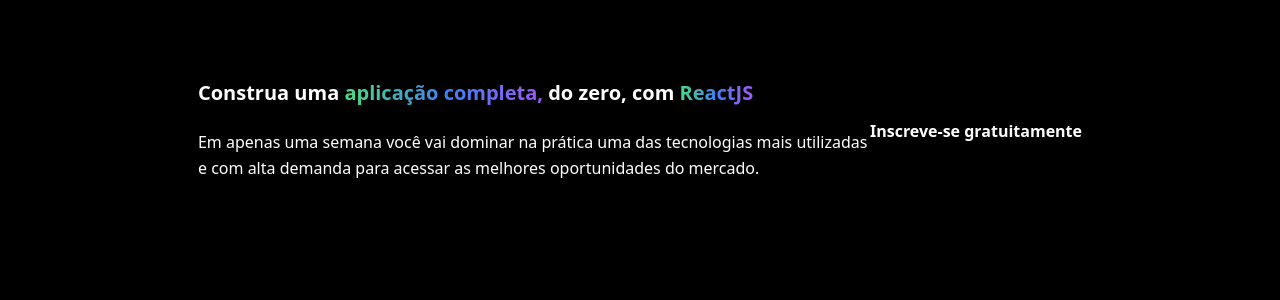
Repository: LuisSempre/Ignite-Lab---ReactJs-2022
Page: /
These files come from the project's save history. The page is drawn as it stood at one moment and after the next save; the edit follows.
The browser window is 1280 px wide. The pictures show the whole page.
The project was rebuilt for these pictures with package versions that can differ from the ones it lists, and the page was loaded fresh each time. Also part of the build but not shown: vite.config.ts, components/Header.tsx, components/Lesson.tsx, components/Sidebar.tsx, pages/Event.tsx. Imported but missing from the stored project, and not drawn on this page: components/Video.

Above is the page before, as saved 2022-06-24 23:43:39.

After the next save:
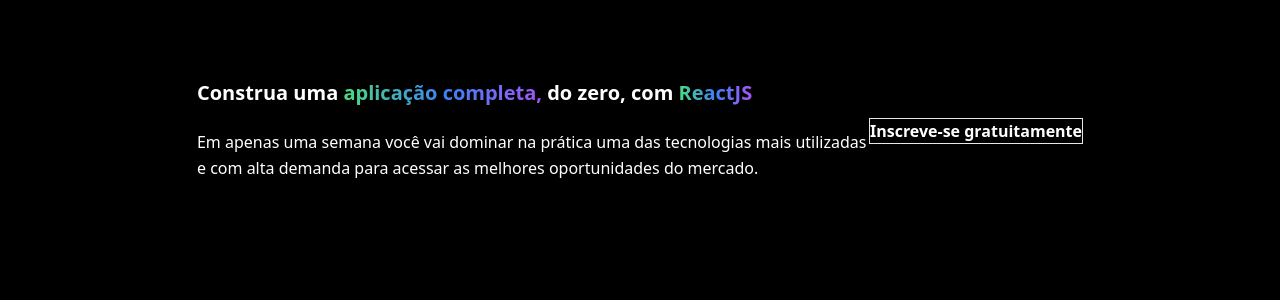
Saved 43 s later.
--- a/pages/Subscribe.tsx
+++ b/pages/Subscribe.tsx
@@ -18,7 +18,7 @@
                         Em apenas uma semana você vai dominar na prática uma das tecnologias mais utilizadas e com alta demanda para acessar as melhores oportunidades do mercado.
                     </p>
                 </div>
-                <div className="">
+                <div className="border border-gradient-to-r from-green-400 via-blue-500 to-purple-500">
                     <strong>Inscreve-se gratuitamente</strong>
                 </div>
             </div>
